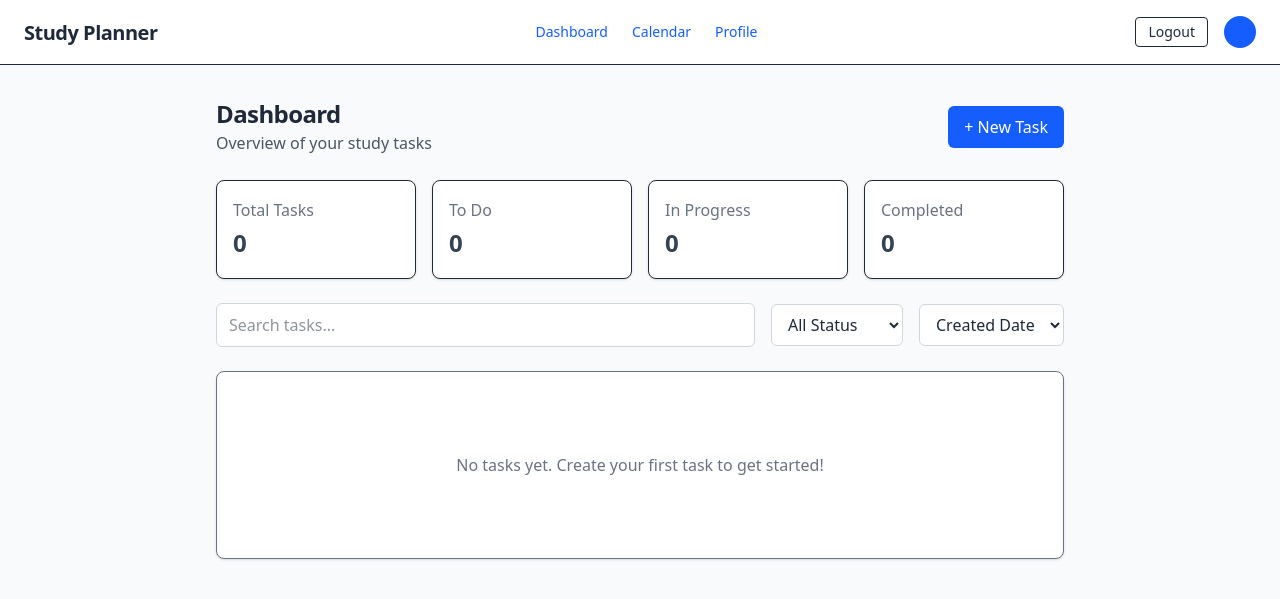
Repository: MarcusHoanggg/Personalized-Study-Planner
Page: / (app in Frontend/)
An editor plug-in stored every save of this project. The page is shown before and after the next save, followed by the edit.
The browser window is 1280 px wide. The pictures show the whole page.
The project was rebuilt for these pictures with package versions that can differ from the ones it lists, and the page was loaded fresh each time. Also part of the build but not shown: Frontend/vite.config.ts, Frontend/src/components/TaskCard.tsx, Frontend/src/components/NewTaskModal.tsx, Frontend/src/components/EditTaskModal.tsx, Frontend/src/ui/Card.tsx, Frontend/src/pages/CalendarPage.tsx, Frontend/src/ui/Avatar.tsx, Frontend/src/pages/ProfilePage.tsx and 2 more.

Above is the page before, as saved 2026-02-06 20:44:59.

After the next save:
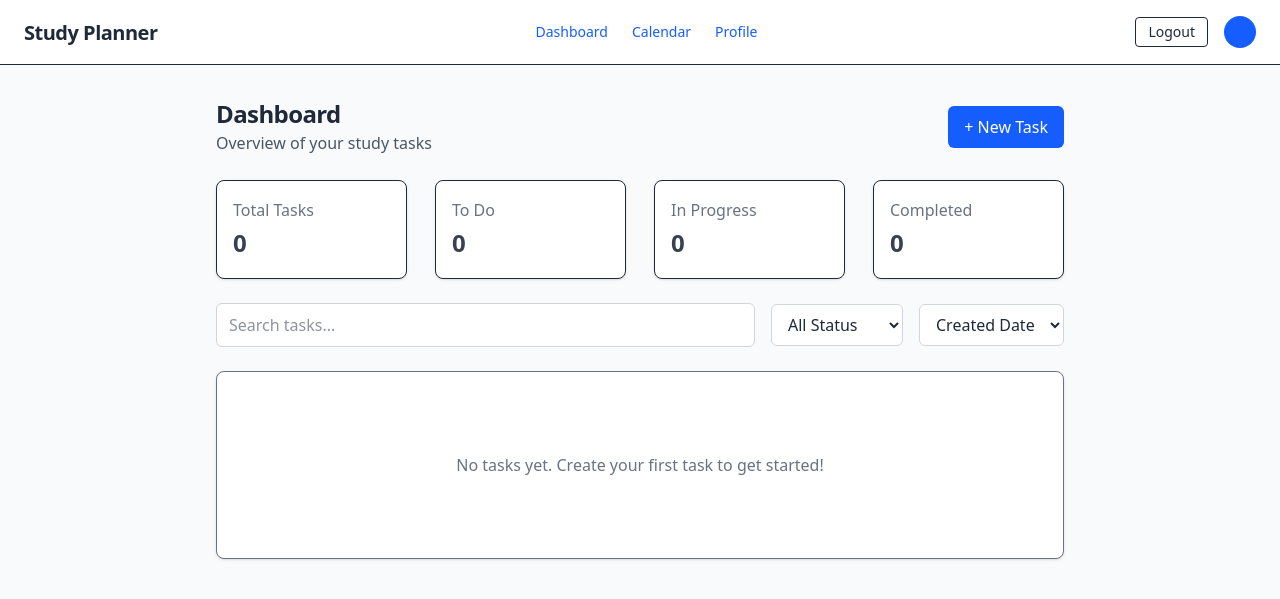
Saved 53 min 24 s later.
--- a/Frontend/src/pages/DashboardPage.tsx
+++ b/Frontend/src/pages/DashboardPage.tsx
@@ -244,7 +244,7 @@ export default function DashboardPage() {
         </div>
       )}
 
-      <div className="grid grid-cols-4 gap-4 mb-6">
+      <div className="grid grid-cols-4 gap-7 mb-6">
         <StatsCard label="Total Tasks" value={stats.total} />
         <StatsCard label="To Do" value={stats.todo} />
         <StatsCard label="In Progress" value={stats.inProgress} />
